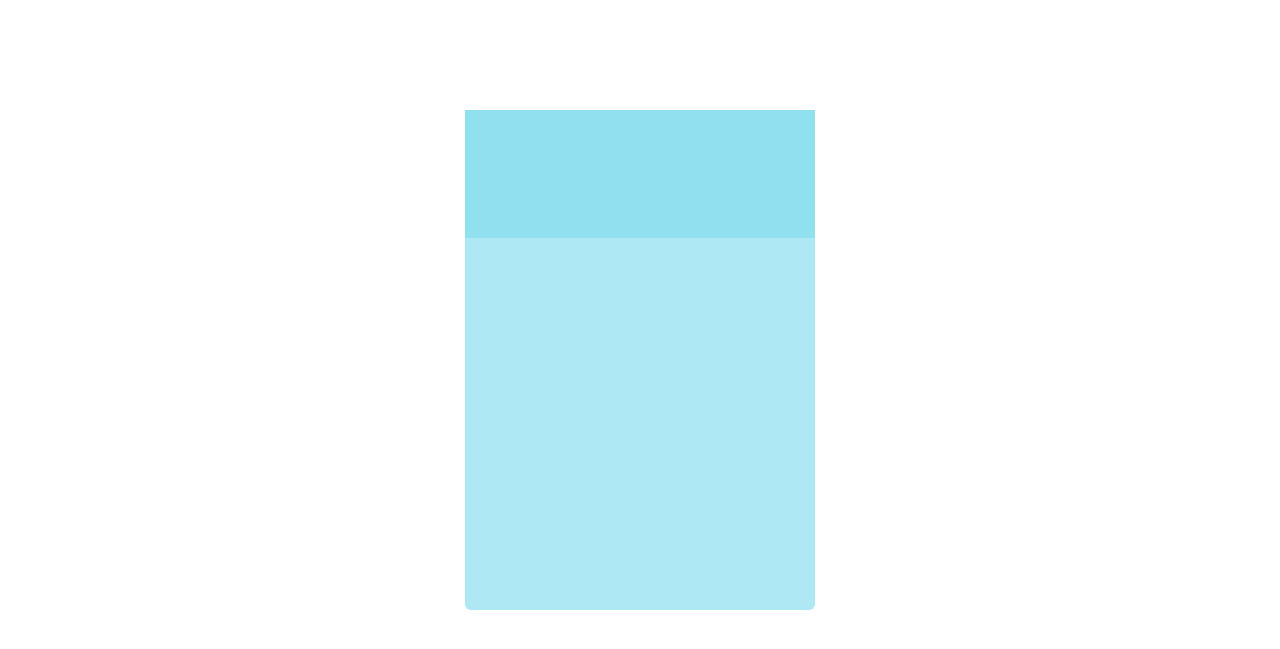
Repository: hsumyatm7308/Chatbot
Page: index.html
An editor plug-in stored every save of this project. The page is shown before and after the next save, followed by the edit.
The browser window is 1280 px wide. The pictures show the whole page.
Some web libraries are served in a nearby version.

Above is the page before, as saved 2023-07-08 17:05:36.

After the next save:
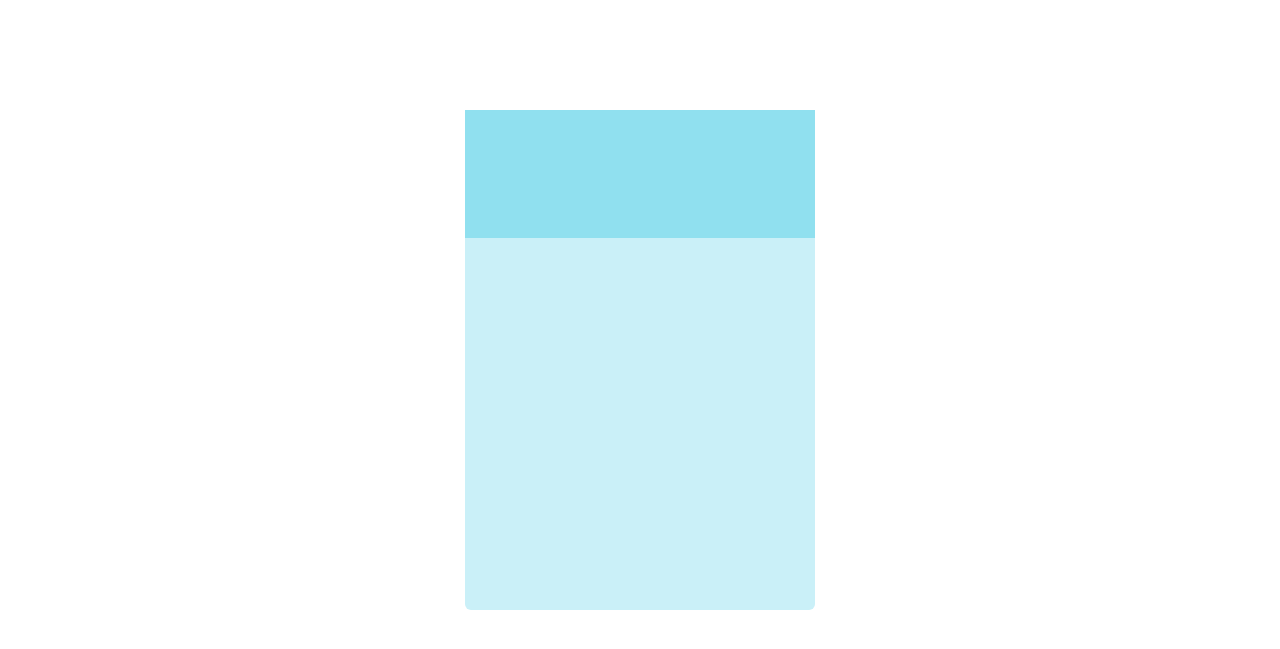
Saved 17 s later.
--- a/index.html
+++ b/index.html
@@ -7,7 +7,7 @@
     <body class="bg-[#ffff]">
 
         <div class="w-screen h-screen flex justify-center items-center container">
-             <div class="w-[350px] h-[500px] bg-[#ade8f4] rounded-md chatbot-container">
+             <div class="w-[350px] h-[500px] bg-[#caf0f8] rounded-md chatbot-container">
                   <div class="w-full h-32 bg-[#90e0ef]"></div>
              </div>
         </div>
